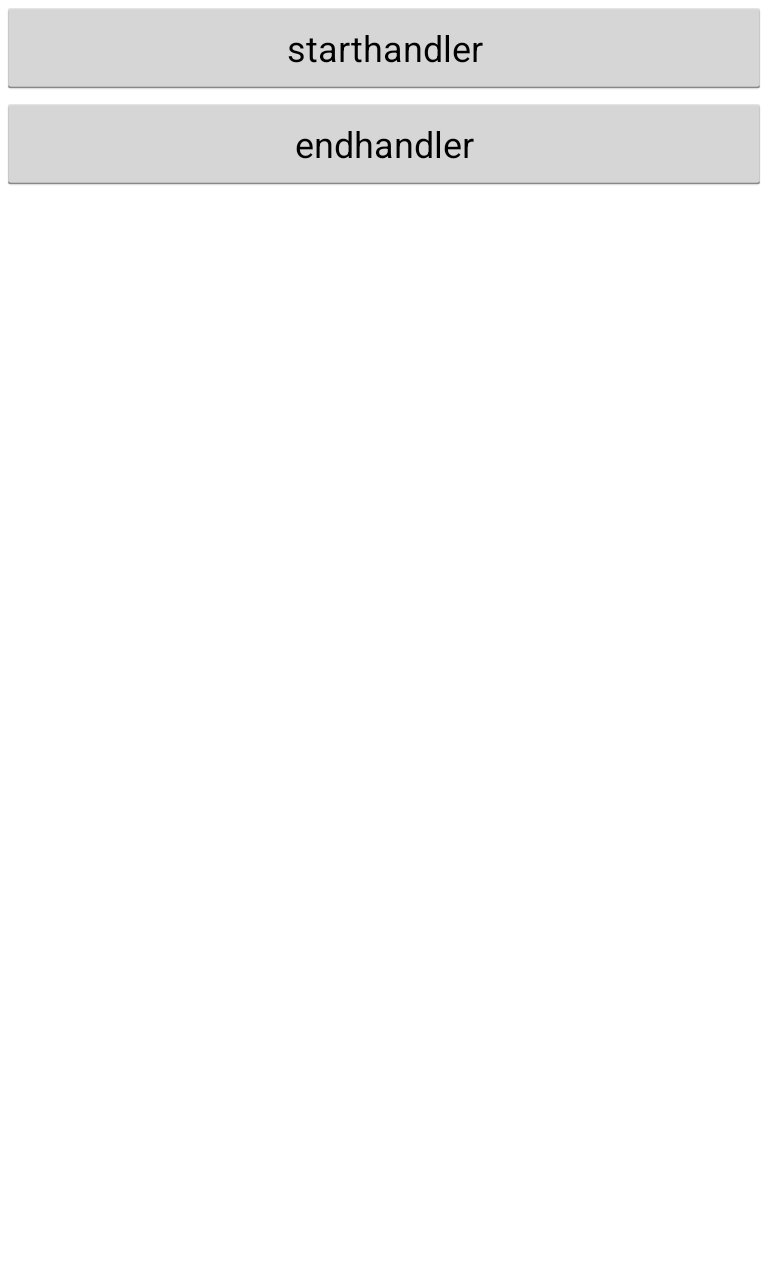
Repository: fengzixu/AndroidLearing
Layout: MyTestPrograme/AndroidDemo/res/layout/layout_newhandler.xml
An editor plug-in stored every save of this project. The layout is shown before and after the next save, followed by the edit.
It is drawn on a 768 x 1280 px phone screen (xhdpi) without system bars, with theme AppTheme; the app's code is not run.

Above is the layout before, as saved 2015-05-27 12:03:26.

After the next save:
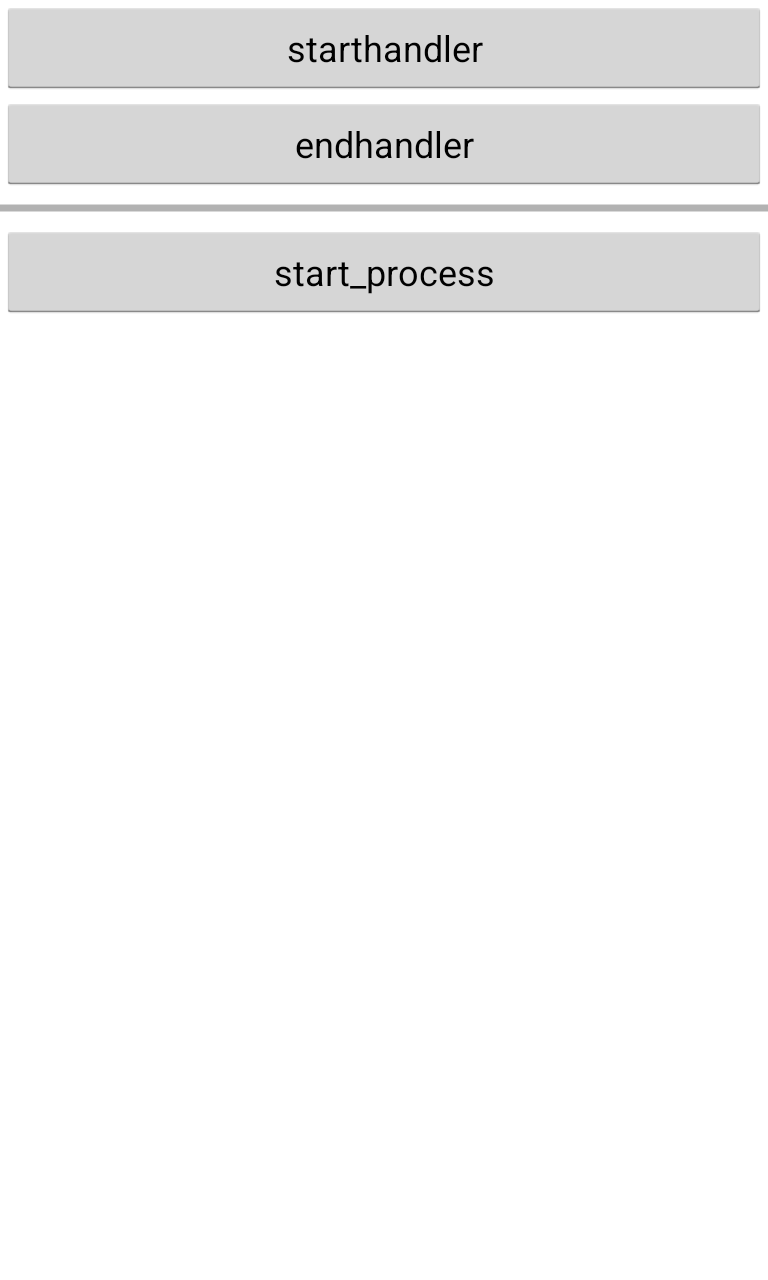
Saved 13 min 45 s later.
--- a/MyTestPrograme/AndroidDemo/res/layout/layout_newhandler.xml
+++ b/MyTestPrograme/AndroidDemo/res/layout/layout_newhandler.xml
@@ -16,4 +16,16 @@
         android:layout_height="wrap_content"
         android:text="endhandler" />
 
+    <ProgressBar
+        android:id="@+id/start_process_progressBar1"
+        style="?android:attr/progressBarStyleHorizontal"
+        android:layout_width="match_parent"
+        android:layout_height="wrap_content" />
+
+    <Button
+        android:id="@+id/start_process_button1"
+        android:layout_width="match_parent"
+        android:layout_height="wrap_content"
+        android:text="start_process" />
+
 </LinearLayout>
